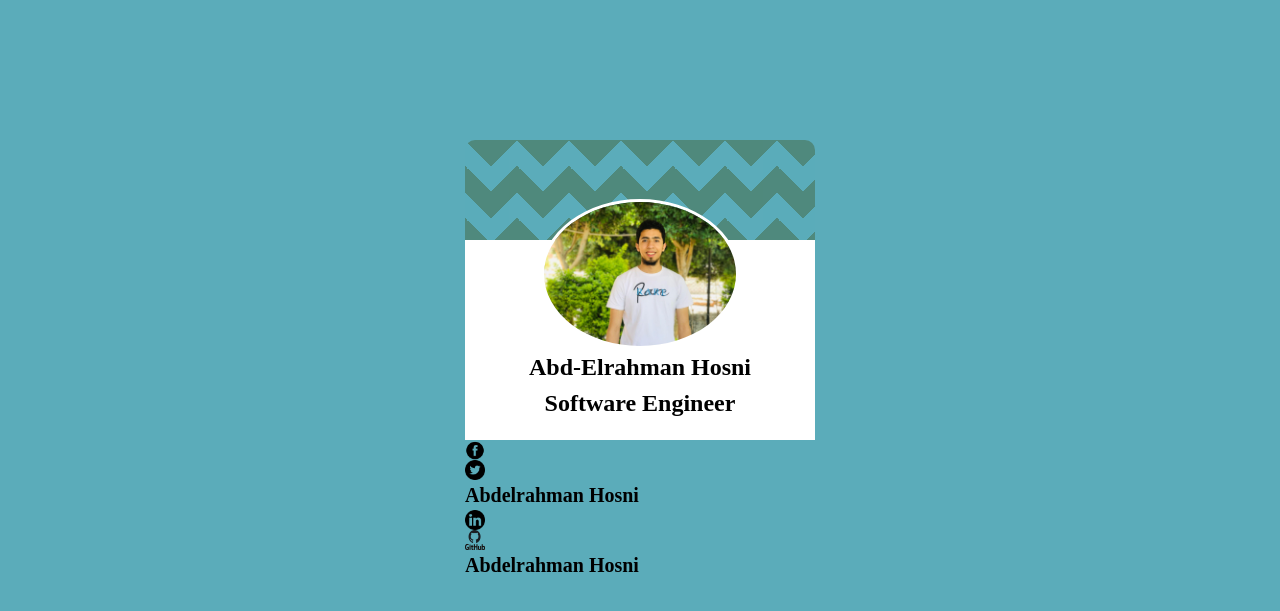
Repository: Abdo-Hosni123/Html-and-css-projects
Page: index.html
The author's editor kept a copy of each file at every save. The page is drawn from the files as they stood at one save, then again after the next save.
The browser window is 1280 px wide. The pictures show the whole page.

Above is the page before, as saved 2023-12-06 00:32:34.

### index.html
<!doctype html>
<html lang="en">
  <head>
    <meta charset="UTF-8" />
    <meta name="viewport" content="width=device-width, initial-scale=1.0" />
    <title>Abd-Elrahman Honsi's profile component</title>
    <link rel="stylesheet" href="Style.css" />
  </head>
  <body>
    <div class="container">
      <article class="card">
        <div class="top"></div>
        <div class="middle">
          <img
            src="./assets/mypicture.jpg"
            alt="picture of Abdelrahman Hosni"
            class="card-img"
          />
          <h1 class="middle-title">Abd-Elrahman Hosni</h1>
          <h2 class="middle-des">Software Engineer</h2>
        </div>
        <div class="bottom">
          <div class="colum">
            <div class="icons">
              <img
                class="icon"
                src="/assets/facebook.png"
                alt="picture of facebook"
              />
              <img
                class="icon"
                src="/assets/twitter.png"
                alt="picture of twitter"
              />
            </div>
            <h3 class="username">Abdelrahman Hosni</h3>
          </div>
          <div class="colum">
            <div class="icons">
              <img
                class="icon"
                src="/assets/linkedin.png"
                alt="picture of linkedin "
              />
              <img
                class="icon"
                src="/assets/github_PNG20-1.png"
                alt="picture of github  "
              />
            </div>
            <h3 class="username">Abdelrahman Hosni</h3>
          </div>
        </div>
      </article>
    </div>
  </body>
</html>

### Style.css
*,
*::before,
*::after {
  box-sizing: border-box;
}
* {
  margin: 0;
}
body {
  line-height: 1.5;
  -webkit-font-smoothing: antialiased;
}

img,
picture,
video,
canvas,
svg {
  display: block;
  max-width: 100%;
}

input,
button,
textarea,
select {
  font: inherit;
}

p,
h1,
h2,
h3,
h4,
h5,
h6 {
  overflow-wrap: break-word;
}

#root,
#__next {
  isolation: isolate;
}
.container {
  display: flex;
  align-items: center;
  justify-content: center;
  min-height: 100vh;
  background-color: #5bacba;
}
.card {
  display: flex;
  flex-direction: column;
  min-width: 350px;
  border-radius: 10px;
  overflow: hidden;
}
.top {
  height: 100px;
  background-color: #e5e5f7;
  opacity: 0.8;
  background-color: #5bacba;
  opacity: 0.5;
  background-image: linear-gradient(135deg, #446740 25%, transparent 25%),
    linear-gradient(225deg, #446740 25%, transparent 25%),
    linear-gradient(45deg, #446740 25%, transparent 25%),
    linear-gradient(315deg, #446740 25%, #5bacba 25%);
  background-position:
    26px 0,
    26px 0,
    0 0,
    0 0;
  background-size: 52px 52px;
  background-repeat: repeat;
  z-index: 1;
}
.middle {
  display: flex;
  flex-direction: column;
  justify-content: center;
  align-items: center;
  background-color: white;
  height: 200px;
}
.card-img {
  margin-top: -60px;
  border-radius: 50%;
  border: 3px solid white;
  height: 150px;
  z-index: 2;
}
.icon {
  height: 20px;
  width: 20px;
}
.username {
  font-size: 20px;
}

After the next save:
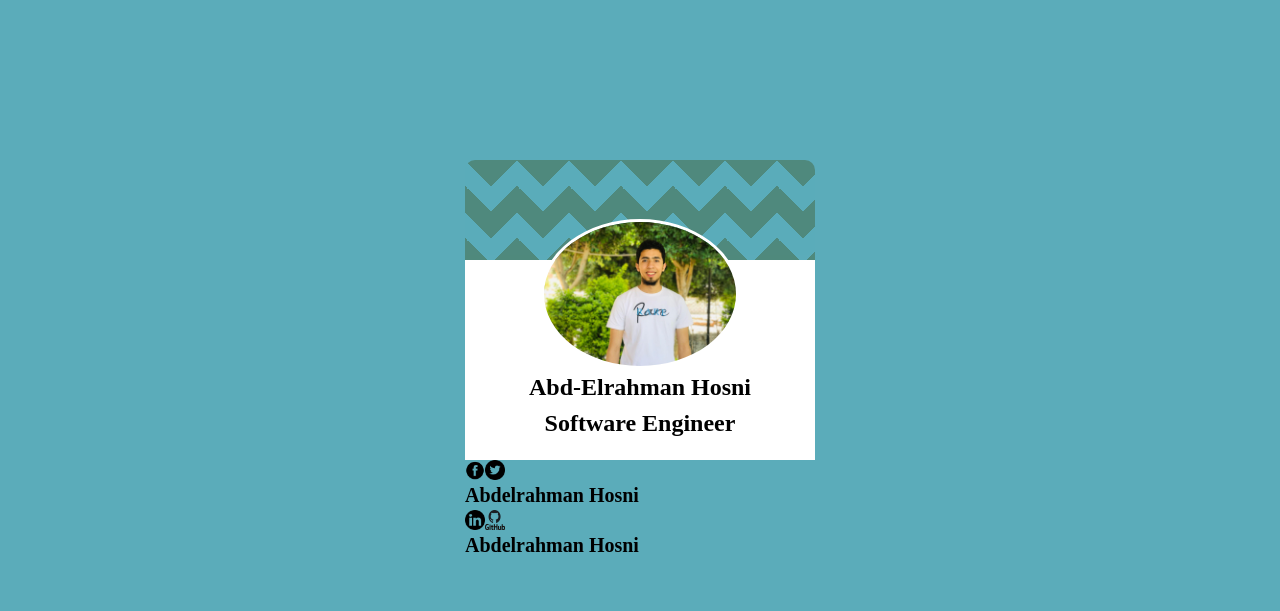
Saved 43 s later.
--- a/Style.css
+++ b/Style.css
@@ -93,6 +93,9 @@ h6 {
   height: 20px;
   width: 20px;
 }
+.icons {
+  display: flex;
+}
 .username {
   font-size: 20px;
 }
